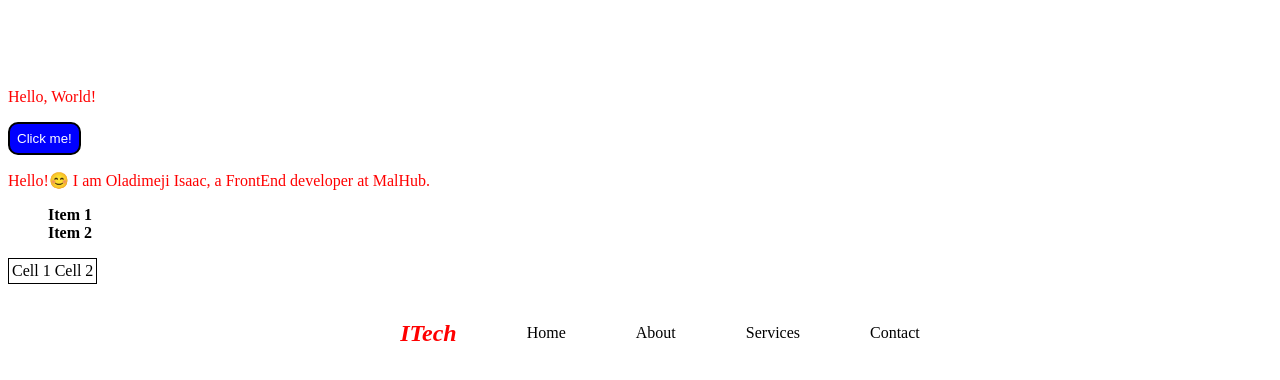
Repository: isaacCodes1/Calculator-with-js
Page: Assigment.html
These files come from the project's save history. The page is drawn as it stood at one moment and after the next save; the edit follows.
The browser window is 1280 px wide. The pictures show the whole page.

Above is the page before, as saved 2024-05-22 22:22:26.

### Assigment.html
        <!DOCTYPE html>
        <html lang="en">
        <head>
                <meta charset="UTF-8">
                <meta name="viewport" content="width=device-width, initial-scale=1.0">
                <title>Document</title>
        </head>
        <body>
                <!-- Assignment:- Give Ten examples of using the .style property -->
                <h1 id="para"><marquee behavior="" direction="">JAVASCRIPT!!</marquee></h1>
                <p id="paragraph">Hello, World!</p>
                <button onclick="alert('Clicked!')" id="but">Click me!</button>
                <p id="para1">Hello!😊 I am Oladimeji Isaac, a FrontEnd developer at MalHub.</p>
                <ul id="list"><li>Item 1</li><li>Item 2</li></ul>
                <table id="table">
                        <tr>
                        <td>Cell 1</td>
                        <td>Cell 2</td>
                        </tr>
                </table>
                <nav>
                        <ul id="lists">
                                <h1 id="logo">ITech</h1>
                                <li>Home</li>
                                <li>About</li>
                                <li>Services</li>
                                <li>Contact</li>
                        </ul>
                </nav>
                <script>
                document.getElementById("paragraph").style.color = "red";
                document.getElementById("para").style. color = "blue";
                document.getElementById("but").style.padding = "7px";
                document.getElementById("but").style.borderRadius = "10px";
                document.getElementById("but").style.border = "2px solid black";
                document.getElementById("but").style.backgroundColor = "blue";
                document.getElementById("but").style.color = "white";
                document.getElementById("para1").style.color = "red";
                document.getElementById("list").style.listStyleType = "none";
                document.getElementById("list").style.fontWeight = "bold";
                document.getElementById("table").style.border = "1px solid black";
                document.getElementById("lists").style.listStyleType = "none";
                document.getElementById("lists").style.display = "flex";
                document.getElementById("lists").style.justifyContent = "center";
                document.getElementById("lists").style.alignItems = "center";
                document.getElementById("lists").style.gap ="70px";
                document.getElementById("logo").style.color = "red";
                document.getElementById("logo").style.fontWeight = "bold";
                document.getElementById("logo").style.fontStyle = "italic";
                document.getElementById("logo").style.fontFamily = "cursive";
                </script>
        </body>
        </html>

After the next save:
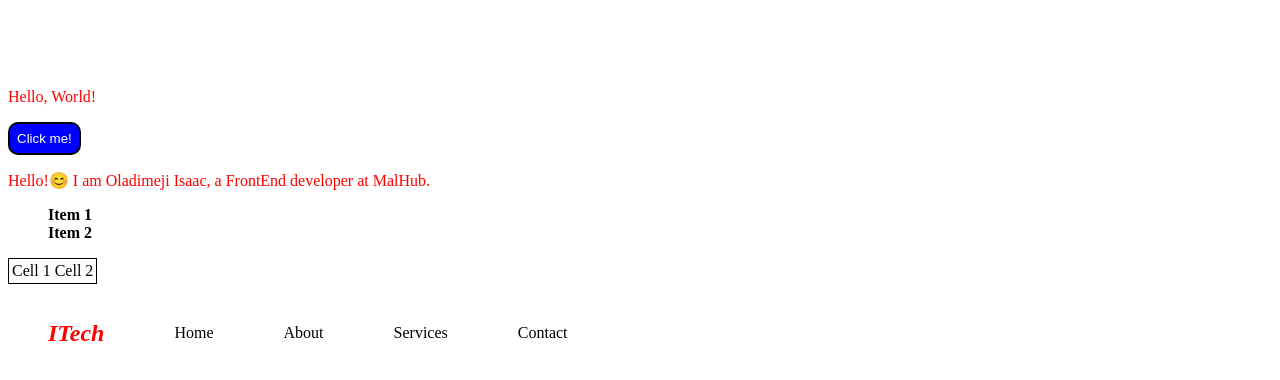
Saved 9 s later.
--- a/Assigment.html
+++ b/Assigment.html
@@ -41,7 +41,7 @@
                 document.getElementById("table").style.border = "1px solid black";
                 document.getElementById("lists").style.listStyleType = "none";
                 document.getElementById("lists").style.display = "flex";
-                document.getElementById("lists").style.justifyContent = "center";
+                // document.getElementById("lists").style.justifyContent = "center";
                 document.getElementById("lists").style.alignItems = "center";
                 document.getElementById("lists").style.gap ="70px";
                 document.getElementById("logo").style.color = "red";

After the save that followed:
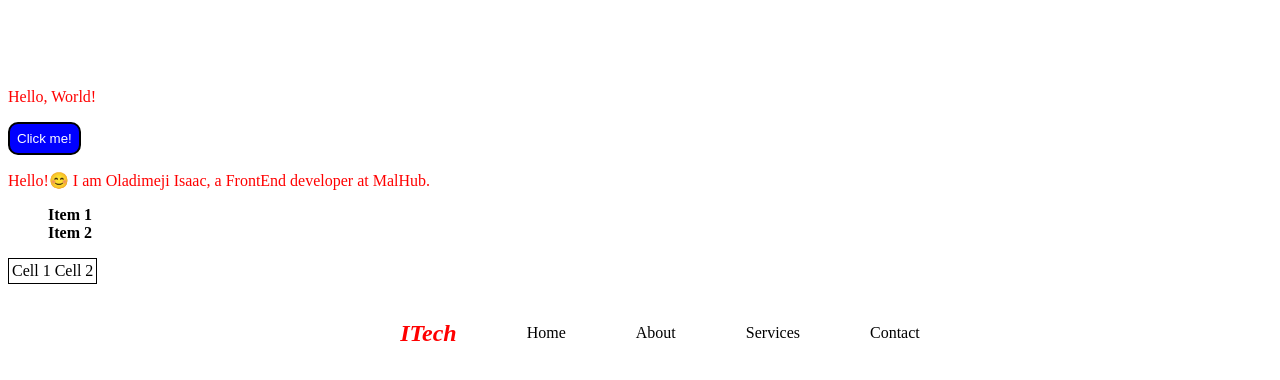
Saved 8 s later.
--- a/Assigment.html
+++ b/Assigment.html
@@ -41,7 +41,7 @@
                 document.getElementById("table").style.border = "1px solid black";
                 document.getElementById("lists").style.listStyleType = "none";
                 document.getElementById("lists").style.display = "flex";
-                // document.getElementById("lists").style.justifyContent = "center";
+                document.getElementById("lists").style.justifyContent = "center";
                 document.getElementById("lists").style.alignItems = "center";
                 document.getElementById("lists").style.gap ="70px";
                 document.getElementById("logo").style.color = "red";
